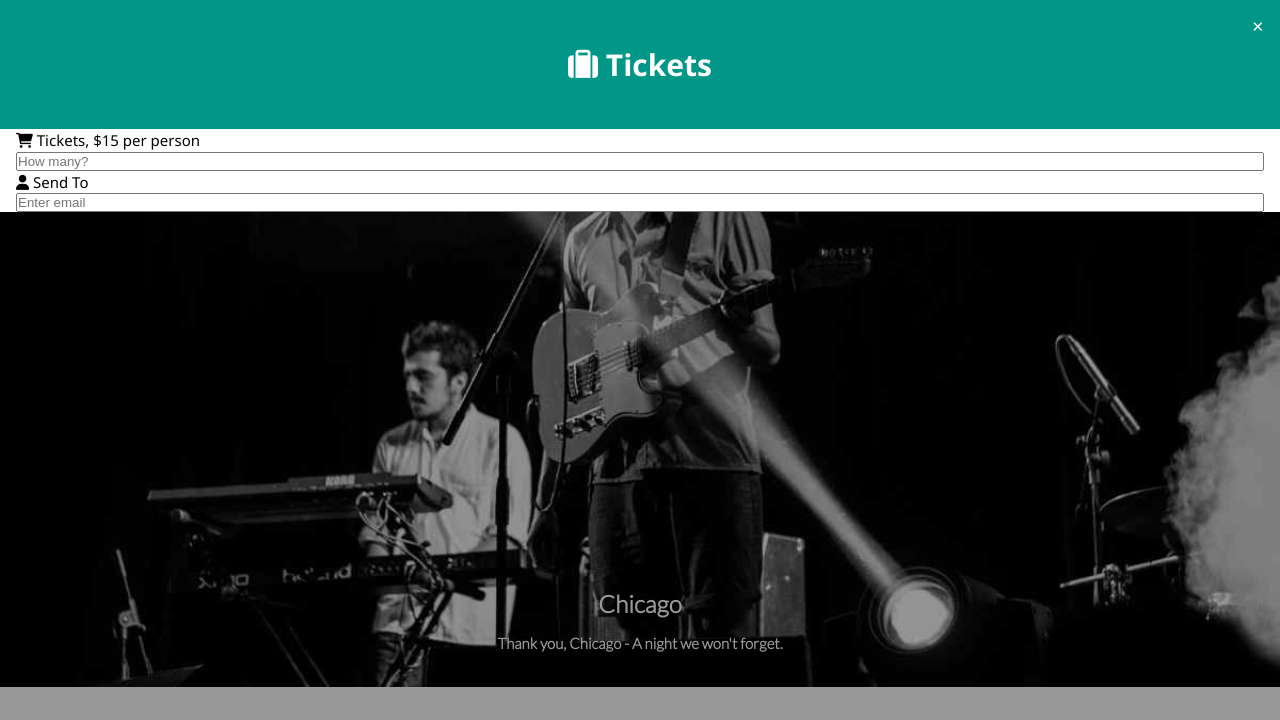
Repository: vanmanhAI/project-03-w3
Page: index.html
An editor plug-in stored every save of this project. The page is shown before and after the next save, followed by the edit.
The browser window is 1280 px wide. The pictures show the window.
A layer covers the whole window, so only the first screen is drawn. Some web libraries are served in a nearby version.

Above is the page before, as saved 2022-07-11 16:22:19.

### index.html
<!DOCTYPE html>
<html lang="en">
<head>
    <meta charset="UTF-8">
    <meta http-equiv="X-UA-Compatible" content="IE=edge">
    <meta name="viewport" content="width=device-width, initial-scale=1.0">
    <title>Document</title>
    <link rel="stylesheet" href="./assets/css/style.css">
    <!-- icons -->
    <link rel="stylesheet" href="https://cdnjs.cloudflare.com/ajax/libs/font-awesome/6.1.1/css/all.min.css" integrity="sha512-KfkfwYDsLkIlwQp6LFnl8zNdLGxu9YAA1QvwINks4PhcElQSvqcyVLLD9aMhXd13uQjoXtEKNosOWaZqXgel0g==" crossorigin="anonymous" referrerpolicy="no-referrer" />
    <!-- font -->
    <link rel="preconnect" href="https://fonts.googleapis.com">
<link rel="preconnect" href="https://fonts.gstatic.com" crossorigin>
<link href="https://fonts.googleapis.com/css2?family=Lato:wght@300&display=swap" rel="stylesheet">
</head>
<body>
    <div id="main">
        <div id="header">
            <ul id="nav">
                <li><a href="#">home</a></li>
                <li><a href="#content-band">band</a></li>
                <li><a href="#content-tour">tour</a></li>
                <li><a href="#">contact</a></li>
                <li>
                    <a href="#">
                        more
                        <i class="fa-solid fa-caret-down subnav-caret"></i>
                    </a>
                    <ul class="subnav">
                        <li><a href="#">merchandise</a></li>
                        <li><a href="#">extras</a></li>
                        <li><a href="#">media</a></li>
                    </ul>
                </li>
            </ul>
            <i class="fa-solid fa-magnifying-glass header-search"></i>
        </div>

        <div id="slider">
            <div class="slider-desc">
                <h3 class="slider-name">chicago</h3>
                <b class="slider-content">Thank you, Chicago - A night we won't forget.</b>
            </div>
        </div>

        <div id="content">
            <div class="content-section" id="content-band">
                <h3 class="section-heading" >the band</h3>
                <p class="section-sub-heading">We love music</p>
                <p class="about">We have created a fictional band website. Lorem ipsum dolor sit amet, consectetur adipiscing elit, sed do eiusmod tempor incididunt ut labore et dolore magna aliqua. Ut enim ad minim veniam, quis nostrud exercitation ullamco laboris nisi ut aliquip ex ea commodo consequat. Duis aute irure dolor in reprehenderit in voluptate velit esse cillum dolore eu fugiat nulla pariatur. Excepteur sint occaecat cupidatat non proident, sunt in culpa qui officia deserunt mollit anim id est laborum consectetur adipiscing elit, sed do eiusmod tempor incididunt ut labore et dolore magna aliqua. Ut enim ad minim veniam, quis nostrud exercitation ullamco laboris nisi ut aliquip ex ea commodo consequat.</p>
                <div class="members-list">
                    <div class="member-item">
                        <p class="member-name">name</p>
                        <img src="./assets/img/Band/member1.jpg" alt="name" class="member-img">
                    </div>
                    <div class="member-item">
                        <p class="member-name">name</p>
                        <img src="./assets/img/Band/member1.jpg" alt="name" class="member-img">
                    </div>
                    <div class="member-item">
                        <p class="member-name">name</p>
                        <img src="./assets/img/Band/member1.jpg" alt="name" class="member-img">
                    </div>
                </div>
            </div>
            <div class="tour-section">
                <div class="content-section" id="content-tour">
                    <h3 class="section-heading text-white">tour dates</h3>
                    <p class="section-sub-heading text-white">Remember to book your tickets!</p>
                    <br>
                    <ul class="tickets-list">
                        <li>September <span class="sold-out">Sod out</span></li>
                        <li>October <span class="sold-out">Sold out</span></li>
                        <li>November <span class="quantity">3</span></li>
                    </ul>
                    <div class="places-list">
                        <div class="place-item">
                            <img src="./assets/img/Places/newyork.jpg" alt="New York" class="place-img">
                            <div class="place-body">
                                <h4 class="place-heading">new york</h4>
                                <p class="place-time">Fri 27 Nov 2016</p>
                                <p class="place-desc">Praesent tincidunt sed tellus ut rutrum sed vitae justo.</p>
                                <a href="#" class="place-buy-btn">Buy Tickets</a>
                            </div>
                        </div>
                        <div class="place-item">
                            <img src="./assets/img/Places/paris.jpg" alt="Paris" class="place-img">
                            <div class="place-body">
                                <h4 class="place-heading">paris</h4>
                                <p class="place-time">Sat 28 Nov 2016</p>
                                <p class="place-desc">Praesent tincidunt sed tellus ut rutrum sed vitae justo.</p>
                                <a href="#" class="place-buy-btn">Buy Tickets</a>
                            </div>
                        </div>
                        <div class="place-item">
                            <img src="./assets/img/Places/sanfran.jpg" alt="San Francisco" class="place-img">
                            <div class="place-body">
                                <h4 class="place-heading">san francisco</h4>
                                <p class="place-time">Sun 29 Nov 2016</p>
                                <p class="place-desc">Praesent tincidunt sed tellus ut rutrum sed vitae justo.</p>
                                <a href="#" class="place-buy-btn">Buy Tickets</a>
                            </div>
                        </div>
                    </div>
                </div>
            </div>
            <div class="content-section">
                <h3 class="section-heading">contact</h3>
                <p class="section-sub-heading">Fan? Drop a note!</p>
            </div>
        </div>
        <div id="footer"></div>
    </div>
    <div class="modal">
        <div class="modal-container">
            <div class="modal-header">
                <span class="modal-close">✕</span>
                <h3 class="modal-heading">
                    <i class="fa-solid fa-suitcase modal-bag"></i>
                    Tickets
                </h3>
            </div>
            <div class="modal-body">
                <label for="" class="modal-label">
                    <i class="fa-solid fa-cart-shopping modal-shopping"></i>
                    Tickets, $15 per person
                </label>
                <input type="text" name="" id="" placeholder="How many?" class="modal-input">
                <label for="" class="modal-label">
                    <i class="fa-solid fa-user modal-user"></i>
                    Send To
                </label>
                <input type="text" name="" id="" placeholder="Enter email" class="modal-input">
            </div>
        </div>
    </div>
</body>
</html>

### assets/css/style.css
* {
    padding: 0;
    margin: 0;
    box-sizing: border-box;
}
html {
    font-size: 62.5%;
}
:root {
    --lineheight-nav: 2.25rem;
    --padding-nav: 1.2rem;
}
.text-white {
    color: #fff;
}
#main {

}
#header {
    position: fixed;
    z-index: 1;
    top: 0;
    left: 0;
    right: 0;
    background: #000;
    font-size: 1.5rem;
    font-family: 'Lato', sans-serif;
    font-weight: bold;
    line-height: var(--lineheight-nav);
}
#header:after {
    content: "";
    display: block;
    clear: both;
}
#header .header-search {
    color: #fff;
    display: block;
    float: right;
    padding: var(--padding-nav) 2.4rem;
    line-height: var(--lineheight-nav);
    cursor: pointer;
}
#header .header-search:hover {
    background: #f44336
}
#header #nav>li {
    position: relative;
    text-align: center;
    cursor: pointer;
    float: left;
}
#header #nav>li>a {
    display: block;
    padding: var(--padding-nav) 2.4rem;
}
#header #nav>li:last-child:hover .subnav {
    width: 16rem;
}
#header #nav li:hover {
    background: #ccc;
}
#header #nav>li:hover>a {
    color: #000;
}
#nav li {
    list-style-type: none;
    position: relative;
}
#nav li .subnav-caret {
    text-transform: none;
    text-align: center;
}
#nav li a {
    color: #fff;
    text-decoration: none;
    text-transform: uppercase;
}
#nav .subnav {
    position: absolute;
    width: 0;
    overflow: hidden;
    top: 100%;
    left: 0;
    background: #fff;
    color: #000;
    box-shadow: 0 0 4px 0 #ccc;
    transition: width 0.3s linear;
}
#nav .subnav li {
    padding: 0.8rem 1.6rem;
    text-align: left;
    min-width: 16rem;
}
#nav .subnav li a {
    color: #000;
    text-transform: capitalize;
}
#slider {
    position: relative;
    margin-top: calc(var(--lineheight-nav) + 2*var(--padding-nav));
    background: #ccc;
    padding-top: 50%;
    max-height: 100vh;
    background: url('/assets/img/sliders/chicago.jpg') top/cover no-repeat
}
.slider-desc{
    position: absolute;
    bottom: 0;
    left: 50%;
    transform: translatex(-50%);
    color: #fff;
    padding: 3.2rem 1.6rem;
    text-align: center;
    font-size: 1.5rem;
    font-family: 'Lato', sans-serif;

}
.slider-name{
    text-transform: capitalize;
    font-size: 2.4rem;
    line-height: 3.6rem;
    margin: 1rem 0;
}
.slider-content{
    line-height: 1.5;
    font-size: 1.5rem;
}
#content {
    line-height: 1.5;
}
#content .content-section {
    max-width: 80rem;
    margin: 0 auto;
    padding: 6.4rem 1.6rem;
    font-size: 1.5rem;
    font-family: 'Lato', sans-serif;
}
#content .section-heading {
    font-size: 3rem;
    text-transform: uppercase;
    line-height: 4.5rem;
    margin: 1rem 0;
    text-align: center;
    letter-spacing: 0.4rem;
    font-family: "Segoe UI",Arial,sans-serif;
    font-weight: 400;
}
#content .section-sub-heading {
    text-align: center;
    font-style: italic;
    font-weight: 100;
    margin: 1.5rem 0;
}
#content .content-section .about {
    text-align: justify;
    font-weight: bold;
    margin: 1.5rem 0;
    word-spacing: 0.1rem;
}
#content .members-list {
    padding: 3.2rem 0;
    text-align: center;
}
#content .members-list:after {
    content: "";
    display: block;
    clear: both;
}
#content .member-item{
    float: left;
    width: calc(100%/3);
}
#content .members-list .member-name {
    margin: 1.5rem 0;
    text-transform: capitalize;
    font-weight: bold;
}
#content .members-list .member-img{
    width: 60%;
    border-radius: 0.4rem;
    margin: 0 0 1.6rem;
}
#content .tour-section {
    background: #000;
}
#content .tour-section .tickets-list {
    background: #fff;
    list-style-type: none;
}
#content .tickets-list li {
    padding: 0.8rem 1.6rem;
}
#content .tickets-list .sold-out {
    display: inline-block;
    padding: 0 0.8rem;
    color: #fff;
    background: #f44336;
    margin-left: 1.6rem;
    text-align: center;
    font-weight: bold;
}
#content .tickets-list .quantity {
    display: block;
    padding: 0 0.8rem;
    background: #000;
    color: #fff;
    border-radius: 50%;
    float: right;
    margin-right: 1.6rem;
}
#content .places-list {
    padding: 3.2rem 0.8rem;
    margin: 0 -1.6rem;
}
#content .places-list:after {
    content: "";
    display: block;
    clear: both;
}
#content .places-list .place-item {
    width: calc(100%/3);
    float: left;
    padding: 0 0.8rem 1.6rem;
}
#content .places-list .place-img {
    width: 100%;
    vertical-align: middle;
}
#content .places-list .place-img:hover {
    opacity: 0.6;
}
#content .places-list .place-body{
    background: #fff;
    padding: 0.015rem 1.6rem;
}
#content .places-list .place-heading{
    margin: 1.5rem 0;
    text-transform: capitalize;
    font-weight: 700;
}
#content .places-list .place-time{
    margin: 1.5rem 0;
}
#content .places-list .place-desc{
    margin: 1.5rem 0;
    font-weight: bold;
}
#content .places-list .place-buy-btn{
    display: inline-block;
    padding: 0.8rem 1.6rem;
    text-decoration: none;
    background: #000;
    color: #fff;
    margin-bottom: 1.6rem;
    font-weight: bold;
}
#content .places-list .place-buy-btn:hover {
    background: #ccc;
    color: #000;
}
.modal {
    position: fixed;
    z-index: 3;
    top: 0;
    left: 0;
    right: 0;
    bottom: 0;
    background: rgba(0, 0, 0, 0.4);
    font-size: 1.5rem;
    font-family: "Segoe UI",Arial,sans-serif;
    line-height: 2.25rem;
}
.modal-container {

}
.modal .modal-container .modal-header {
    position: relative;
    color: #fff;
    background: #009688;
    text-align: center;
    padding: 3.2rem 1.6rem;
}
.modal .modal-header .modal-close {
    position: absolute;
    top: 0;
    right: 0;
    line-height: 3.6rem;
    padding: 0.8rem 1.6rem;
}
.modal .modal-header .modal-close:hover {
    background: #ccc;
    color: #000;
}
.modal .modal-header .modal-heading {
    font-weight: 600;
    font-size: 3rem;
    line-height: 4.5rem;
    margin: 1rem 0;
    letter-spacing: normal;
}
.modal-bag {

}
.modal .modal-container .modal-body {
    padding: 0.015rem 1.6rem;
    background: #fff;
}
.modal .modal-body .modal-label {
    display: block;
}
.modal-shopping {

}
.modal .modal-body .modal-input {
    display: block;
    width: 100%;
}
.modal-user {

}
.footer {

}

After the next save:
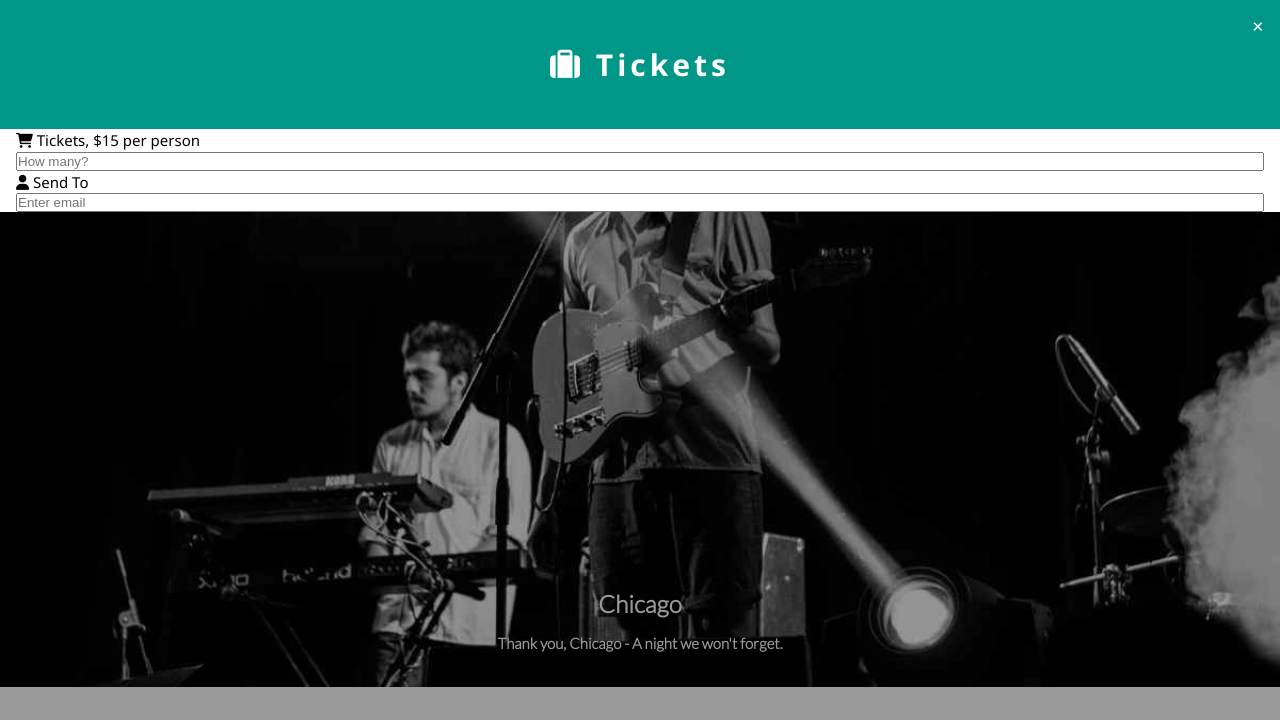
Saved 5 s later.
--- a/assets/css/style.css
+++ b/assets/css/style.css
@@ -297,7 +297,7 @@ html {
     font-size: 3rem;
     line-height: 4.5rem;
     margin: 1rem 0;
-    letter-spacing: normal;
+    letter-spacing: 0.4rem;
 }
 .modal-bag {
 
